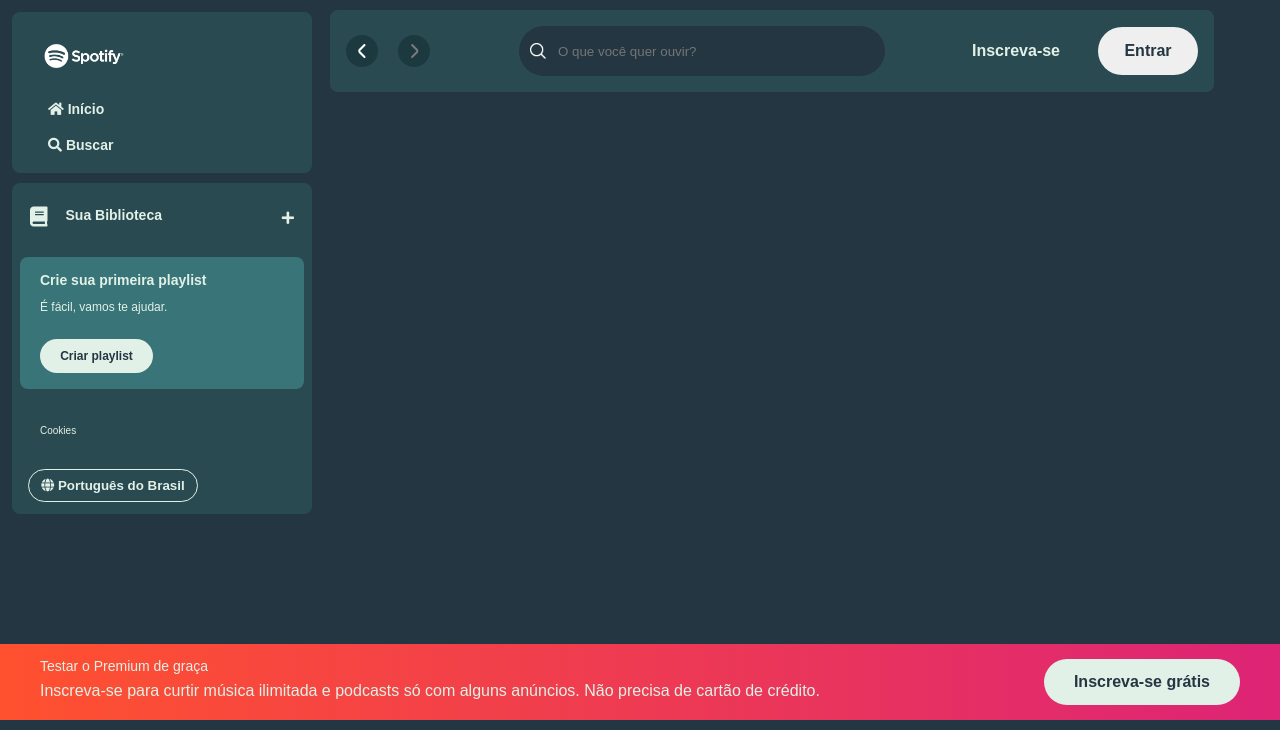
Repository: rafaazevedo-gs/Imers-o-Alura-Front-end
Page: index.html
An editor plug-in stored every save of this project. The page is shown before and after the next save, followed by the edit.
The browser window is 1280 px wide. The pictures show the whole page.

Above is the page before, as saved 2025-01-30 19:46:55.

After the next save:
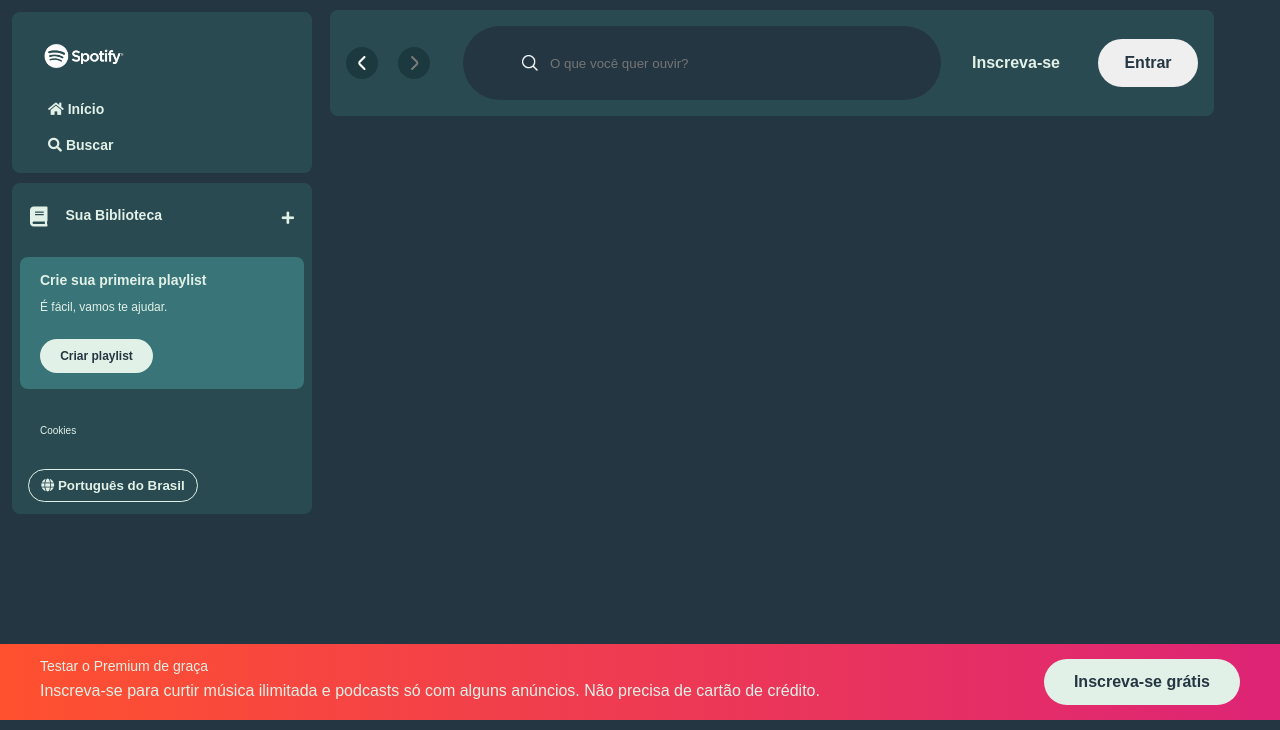
Saved 4 min 59 s later.
--- a/src/styles/main-content.css
+++ b/src/styles/main-content.css
@@ -54,6 +54,7 @@
     background-color: #243642;
     border-radius: 500px;
     border: 1px solid transparent;
+    padding: 12px 64px 12px 48px;
 }
 
 .header__search img {
